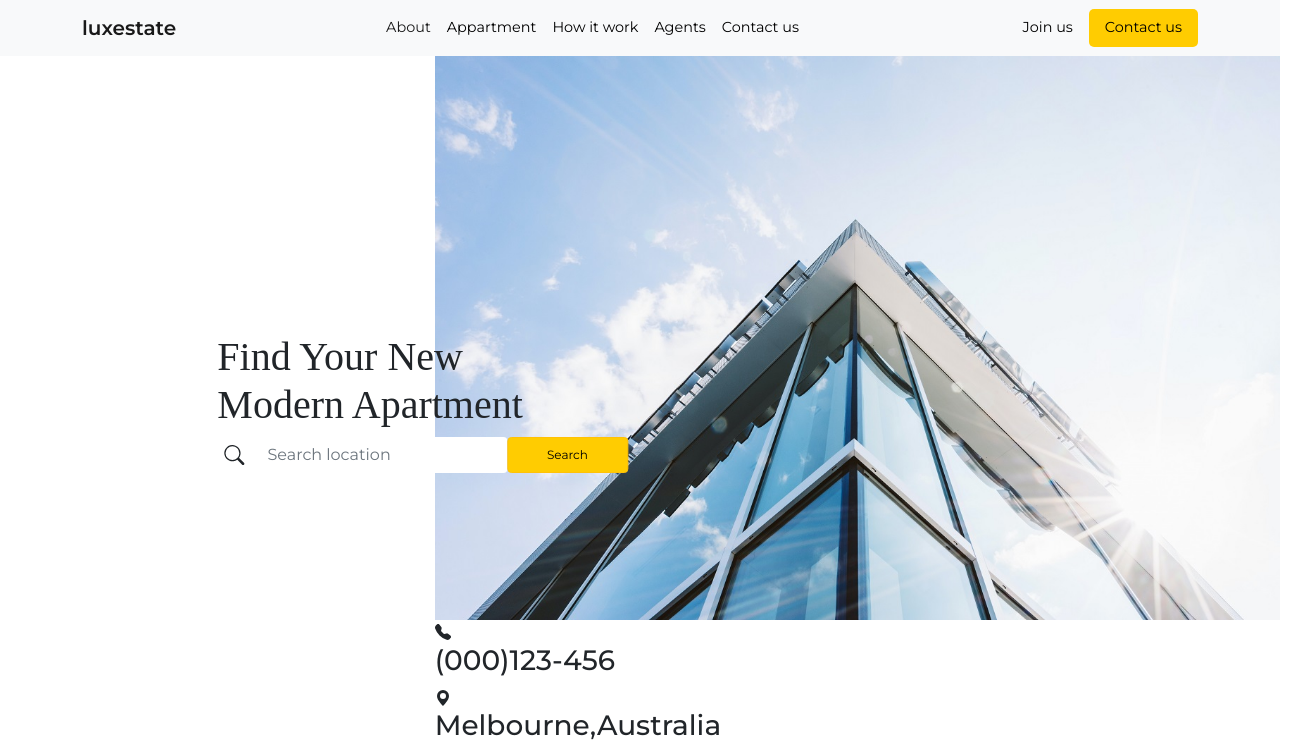
Repository: Toqa-25/luxstate
Page: index.html
An editor plug-in stored every save of this project. The page is shown before and after the next save, followed by the edit.
The browser window is 1280 px wide. The page is 1292 px wide, so the pictures cover 1292 px, including what lies to the right of the window. The pictures show the whole page.

Above is the page before, as saved 2021-06-07 23:40:17.

After the next save:
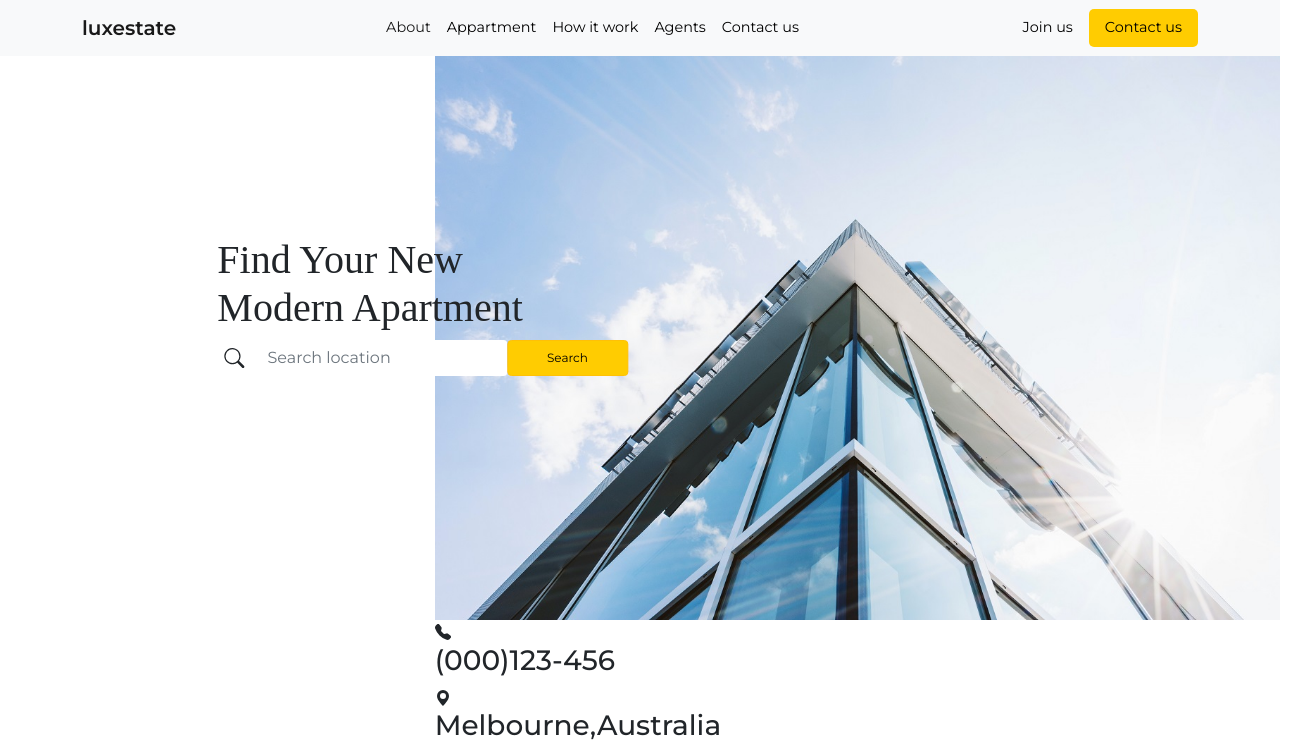
Saved 6 s later.
--- a/css/style.css
+++ b/css/style.css
@@ -48,6 +48,6 @@
 header .row{
     position: relative;
 }
-header .image{
+header .image-section{
     max-height: 500px;
 }

After the save that followed:
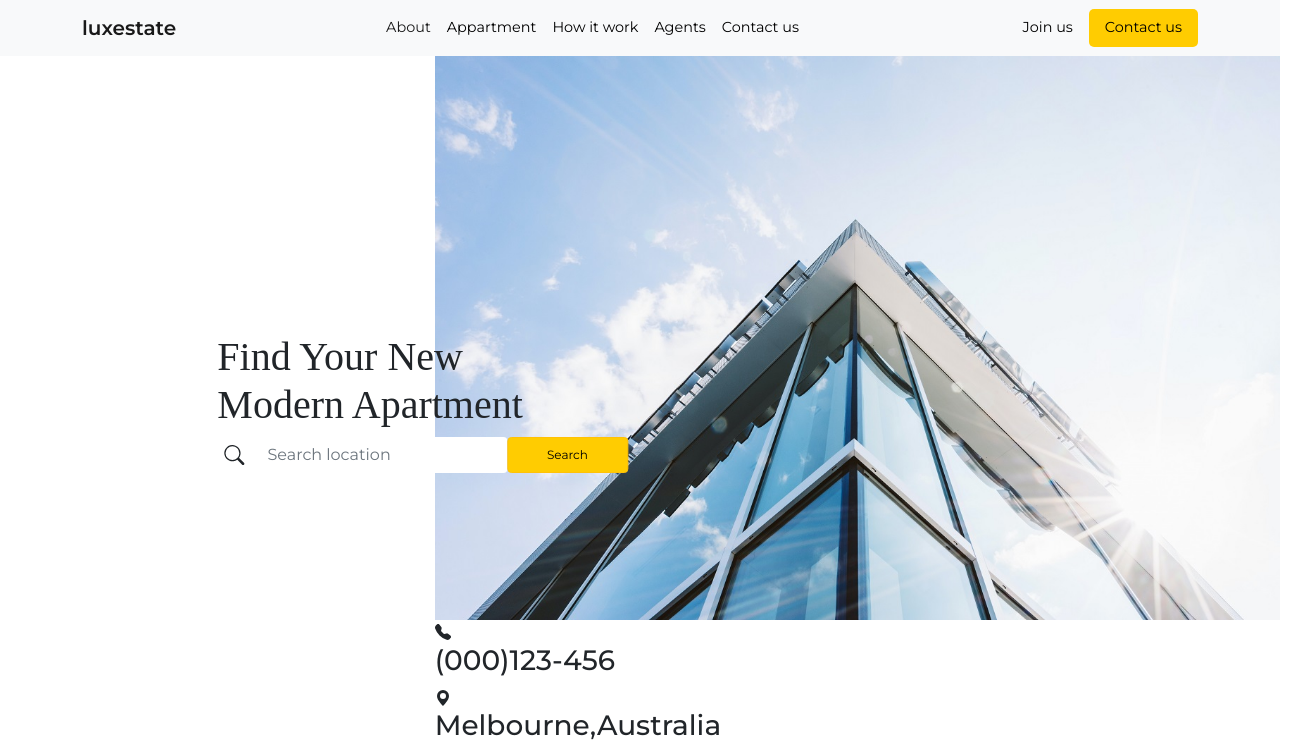
Saved 4 s later.
--- a/css/style.css
+++ b/css/style.css
@@ -49,5 +49,5 @@
     position: relative;
 }
 header .image-section{
-    max-height: 500px;
+
 }
